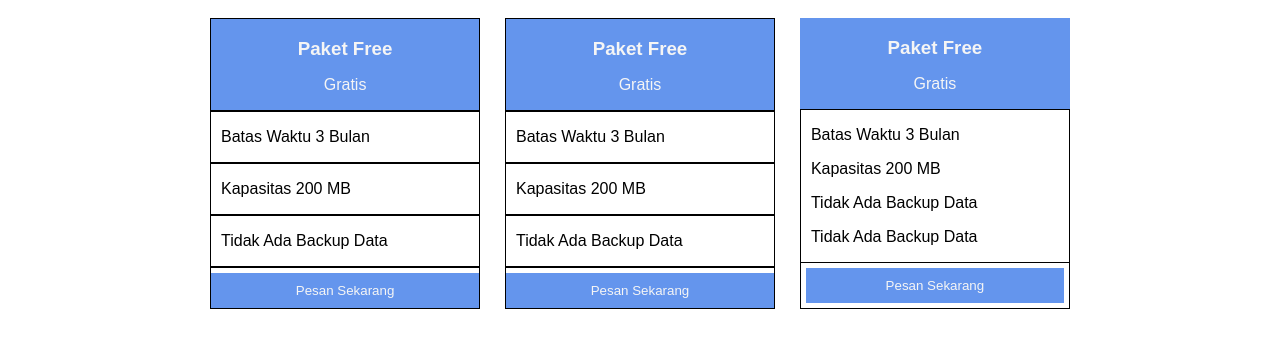
Repository: AHSANS354/tugas-sib5
Page: tugas css/index.html
An editor plug-in stored every save of this project. The page is shown before and after the next save, followed by the edit.
The browser window is 1280 px wide. The pictures show the whole page.

Above is the page before, as saved 2023-08-29 16:13:51.

### tugas css/index.html
<!DOCTYPE html>
<html lang="en">
  <head>
    <meta charset="UTF-8" />
    <meta name="viewport" content="width=device-width, initial-scale=1.0" />
    <title>Tugas css eksternal</title>
    <link rel="stylesheet" href="style.css" />
  </head>
  <body>
    <div class="container">
      <div class="row">
        <div class="col">
          <div class="card">
            <div class="header">
              <div>
                <h3>paket free</h3>
              </div>
              <div>
                <p>Gratis</p>
              </div>
            </div>
            <div class="content">
              <div>
                <p>batas waktu 3 bulan</p>
              </div>
              <div>
                <p>kapasitas 200 MB</p>
              </div>
              <div>
                <p>tidak ada backup data</p>
              </div>
              <div class="btn">
                <button type="button" class="tombol">pesan sekarang</button>
              </div>
            </div>
          </div>
          <div class="card2">
            <div class="header2">
              <div>
                <h3>paket free</h3>
              </div>
              <div>
                <p>Gratis</p>
              </div>
            </div>
            <div class="content2">
              <div>
                <p>batas waktu 3 bulan</p>
              </div>
              <div>
                <p>kapasitas 200 MB</p>
              </div>
              <div>
                <p>tidak ada backup data</p>
              </div>
              <div class="btn">
                <button type="button" class="tombol2">pesan sekarang</button>
              </div>
            </div>
          </div>
          <div class="card3">
            <div class="header3">
              <div>
                <h3>paket free</h3>
              </div>
              <div>
                <p>Gratis</p>
              </div>
            </div>
            <div class="content3">
              <div>
                <p>batas waktu 3 bulan</p>
              </div>
              <div>
                <p>kapasitas 200 MB</p>
              </div>
              <div>
                <p>tidak ada backup data</p>
              </div>
              <div>
                <p>tidak ada backup data</p>
              </div>
              <div class="btn3">
                <button type="button" class="tombol3">pesan sekarang</button>
              </div>
            </div>
          </div>
        </div>
      </div>
    </div>
  </body>
</html>

### tugas css/style.css
* {
  font-family: sans-serif;
  text-transform: capitalize;
}
/* div awal */
.container {
  display: flex;
  justify-content: center;
}

.row {
  width: 70%;
}

.col {
  display: flex;
  justify-content: space-around;
}

/* css tampilan card 1*/

.card {
  padding: 10px;
  width: 270px;
}
.header {
  border: 1px solid black;
  background-color: cornflowerblue;
  color: whitesmoke;
  display: flex;
  justify-content: center;
  align-items: center;
  flex-direction: column;
}

.content div {
  border: 1px solid black;
}

.content p {
  padding-left: 10px;
}

.btn {
  border: 1px solid black;
  display: flex;
  justify-content: center;
}

.tombol {
  width: 100%;
  margin-top: 5px;
  padding: 10px 70px;
  background-color: cornflowerblue;
  border: none;
  color: whitesmoke;
}

h3 {
  margin-bottom: 0;
}

/* css tampilan card 2 */
.card2 {
  padding: 10px;
  width: 270px;
}
.header2 {
  border: 1px solid black;
  background-color: cornflowerblue;
  color: whitesmoke;
  display: flex;
  justify-content: center;
  align-items: center;
  flex-direction: column;
}

.content2 div {
  border: 1px solid black;
}

.content2 p {
  padding-left: 10px;
}

.btn2 {
  border: 1px solid black;
  display: flex;
  justify-content: center;
}

.tombol2 {
  width: 100%;
  margin-top: 5px;
  padding: 10px 70px;
  background-color: cornflowerblue;
  border: none;
  color: whitesmoke;
}

h3 {
  margin-bottom: 0;
}

/* css tampilan card 3 */
.card3 {
  padding: 10px;
  width: 270px;
}
.header3 {
  background-color: cornflowerblue;
  color: whitesmoke;
  display: flex;
  justify-content: center;
  align-items: center;
  flex-direction: column;
}

.content3 {
  border: 1px solid black;
}

.content3 p {
  padding-left: 10px;
}

.btn3 {
  border-top: 1px solid black;
  display: flex;
  justify-content: center;
}

.tombol3 {
  width: 100%;
  margin: 5px;
  padding: 10px 70px;
  background-color: cornflowerblue;
  border: none;
  color: whitesmoke;
}

h3 {
  margin-bottom: 0;
}

After the next save:
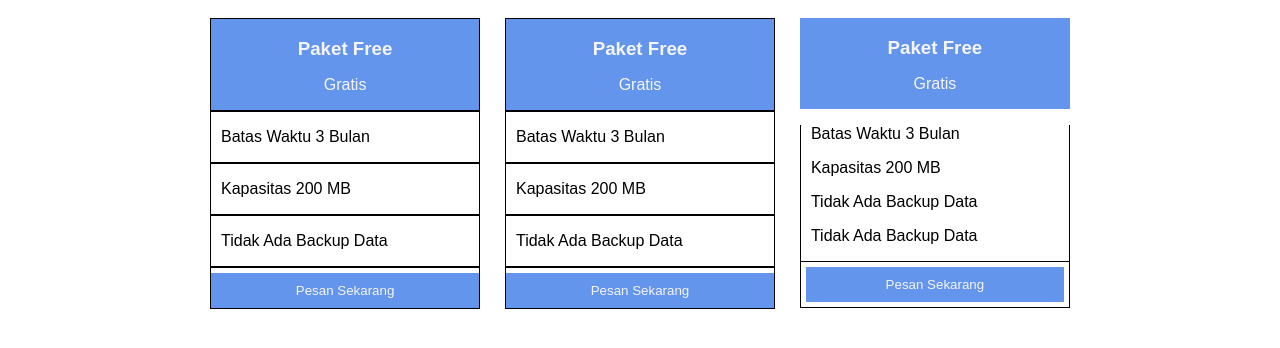
Saved 38 s later.
--- a/tugas css/style.css
+++ b/tugas css/style.css
@@ -118,6 +118,7 @@
 
 .content3 {
   border: 1px solid black;
+  border-top: none;
 }
 
 .content3 p {

After the save that followed:
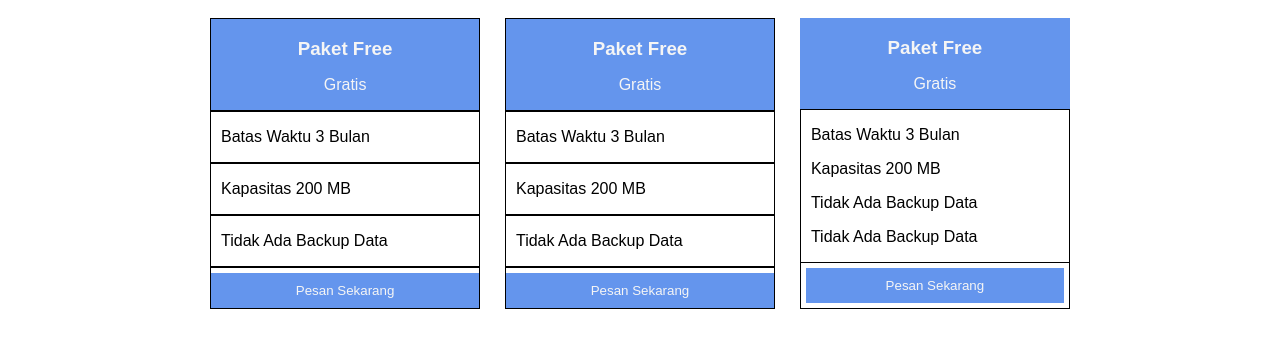
Saved 16 s later.
--- a/tugas css/style.css
+++ b/tugas css/style.css
@@ -118,7 +118,6 @@
 
 .content3 {
   border: 1px solid black;
-  border-top: none;
 }
 
 .content3 p {
